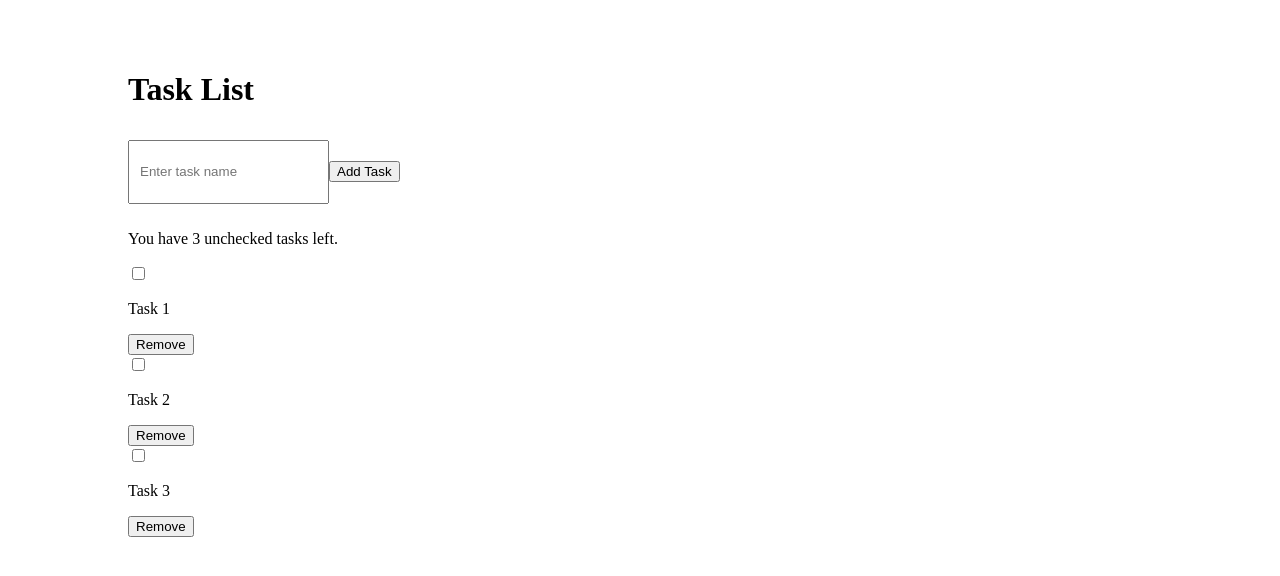
Repository: SandyLy453/task-list
Page: /
These files come from the project's save history. The page is drawn as it stood at one moment and after the next save; the edit follows.
The browser window is 1280 px wide. The pictures show the whole page.
The project was rebuilt for these pictures with package versions that can differ from the ones it lists, and the page was loaded fresh each time. Also part of the build but not shown: vite.config.js.

Above is the page before, as saved 2024-10-11 15:18:37.

### src/App.jsx
import { useState } from 'react';
import Task from './components/Task';
import TaskForm from './components/TaskForm';

function App() {
  const [tasks, setTasks] = useState([
    { name: 'Task 1', checked: false },
    { name: 'Task 2', checked: false },
    { name: 'Task 3', checked: false }
  ]);

  // Function to calculate the number of unchecked tasks
  const getUncheckedCount = () => {
    return tasks.filter((task) => !task.checked).length;
  };

  // Function to add a new task
  const addTask = (taskName) => {
    setTasks([...tasks, { name: taskName, checked: false }]); // New tasks are unchecked by default
  };

  // Function to remove a task
  const removeTask = (taskName) => {
    setTasks(tasks.filter((task) => task.name !== taskName));
  };

  // Function to toggle the task status
  const toggleTaskStatus = (taskName) => {
    const updatedTasks = tasks.map((task) =>
      task.name === taskName ? { ...task, checked: !task.checked } : task
    );
    setTasks(updatedTasks); // Update the task's checked status in the parent state
  };

  return (
    <>
      <div className="container">
        <h1>Task List</h1>
        <TaskForm addTask={addTask} />
        <p>You have {getUncheckedCount()} unchecked tasks left.</p>
        <div>
          {tasks.map((task, index) => (
            <Task
              key={index}
              name={task.name}
              checked={task.checked}
              toggleTaskStatus={toggleTaskStatus}
              removeTask={removeTask}
            />
          ))}
        </div>
      </div>
    </>
  );
}

export default App;

### src/index.css
.container {
  padding: 20px;
  margin: 30px 100px;
}

.inputBox {
  padding: 10px 0 10px 0;
}

.input {
  height: 40px;
  padding: 10px;
}

### src/components/Task.jsx
import { useRef, useEffect } from "react";

export default function Task({ name, checked, removeTask, toggleTaskStatus }) {
  const checkboxRef = useRef(null);
  const taskNameRef = useRef(null);

  useEffect(() => {
    const checkbox = checkboxRef.current;
    const crossText = taskNameRef.current;

    // Handle the initial checked state
    if (checked) {
      checkbox.checked = true;
      crossText.style.textDecoration = "line-through";
    } else {
      checkbox.checked = false;
      crossText.style.textDecoration = "none";
    }

    const handleCheckBoxChange = () => {
      toggleTaskStatus(name);
    };

    checkbox.addEventListener("change", handleCheckBoxChange);

    return () => {
      checkbox.removeEventListener("change", handleCheckBoxChange);
    };
  }, [name, checked, toggleTaskStatus]);

  return (
    <>
      <div className="task">
        <label>
          <input type="checkbox" ref={checkboxRef} />
        </label>
        <p ref={taskNameRef}>{name}</p>
        <button className="task-delete" onClick={() => removeTask(name)}>
          Remove
        </button>
      </div>
    </>
  );
}

### src/components/TaskForm.jsx
import { useState } from "react";

export default function TaskForm({ addTask }) {
  const [inputValue, setInputValue] = useState("");

  const handleSubmit = (e) => {
    e.preventDefault();
    if (inputValue.trim() !== "") {
      addTask(inputValue);
      setInputValue(""); // clear the input
    }
  };

  return (
    <form onSubmit={handleSubmit} className="inputBox">
      <input
        type="text"
        value={inputValue}
        onChange={(e) => setInputValue(e.target.value)}
        placeholder="Enter task name"
        className="input"
      />
      <button type="submit" className="sm-btn">Add Task</button>
    </form>
  );
}

Loaded but not shown: index.html (common file); src/main.jsx (common file)

After the next save:
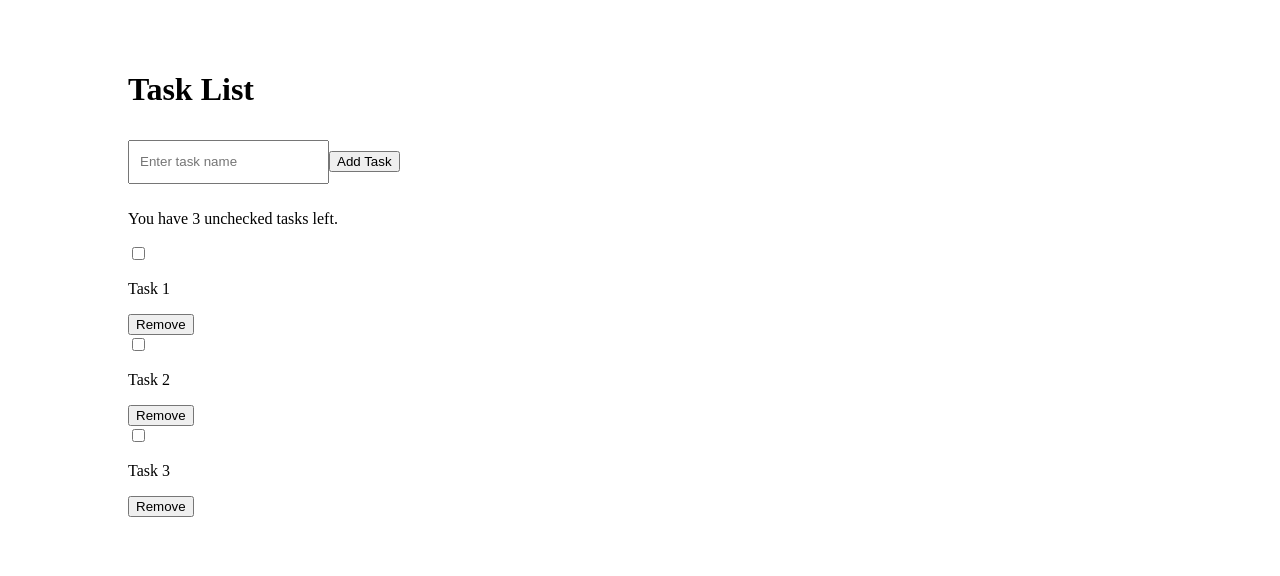
Saved 6 s later.
--- a/src/index.css
+++ b/src/index.css
@@ -8,6 +8,6 @@
 }
 
 .input {
-  height: 40px;
+  height: 20px;
   padding: 10px;
 }
